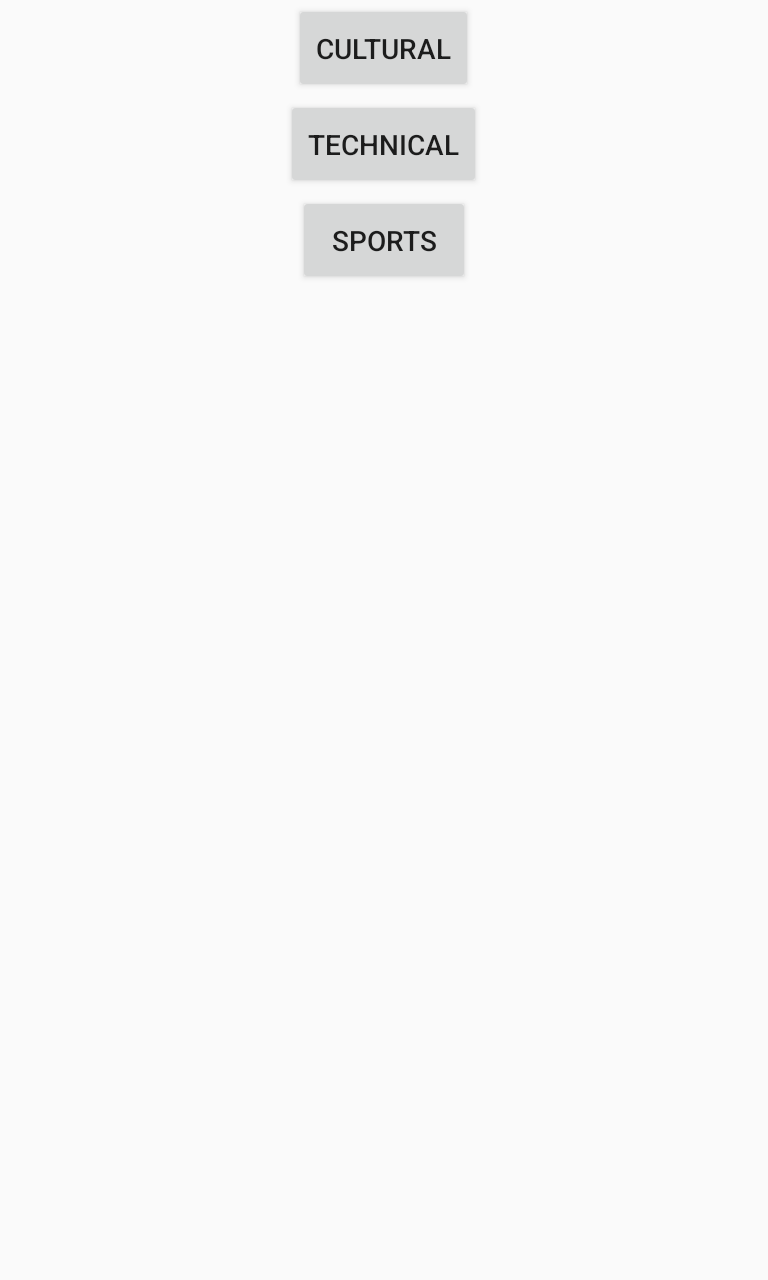
Repository: Attaphon1996/Engineering-Stuff
Layout: OSource/Android Play/Android_Projects/YASH15.0/res/layout/day2.xml
The author's editor kept a copy of each file at every save. The layout is drawn from the files as they stood at one save, then again after the next save.
It is drawn on a 768 x 1280 px phone screen (xhdpi) without system bars, with theme AppTheme; the app's code is not run.

Above is the layout before, as saved 2015-02-07 16:44:33.

After the next save:
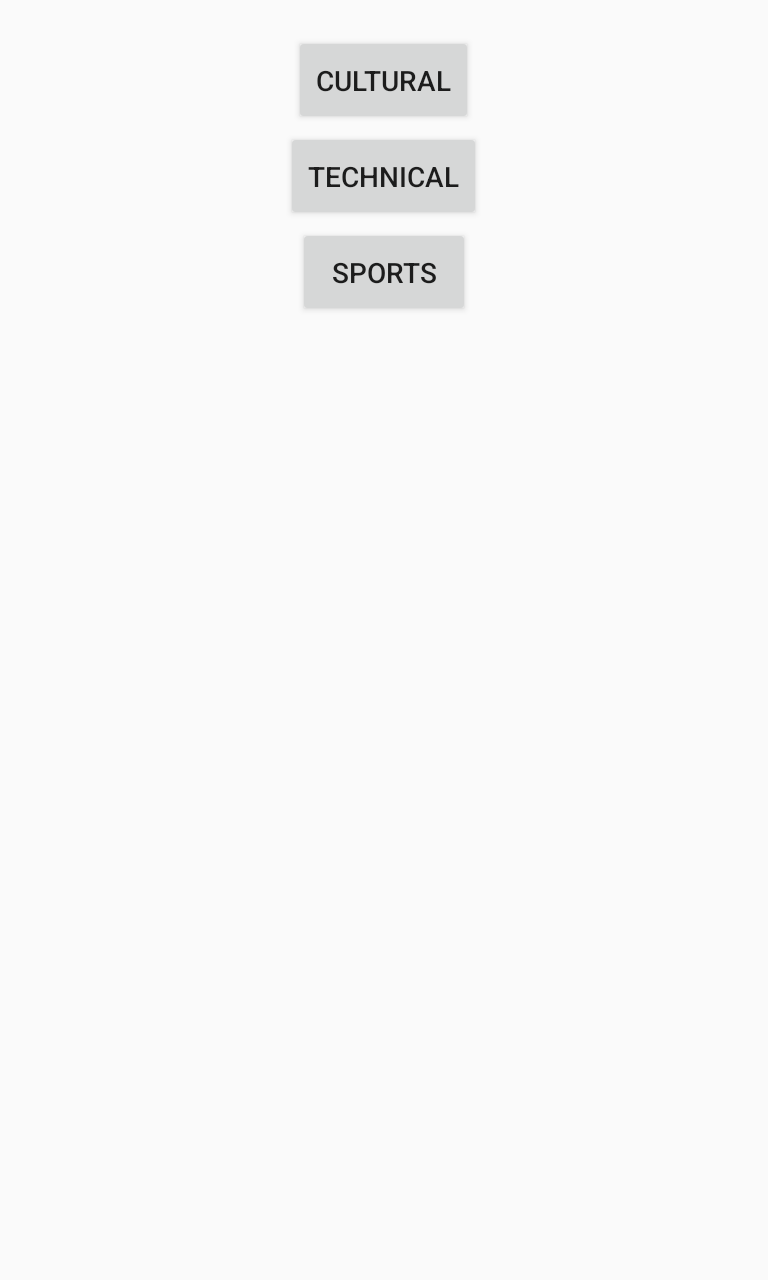
Saved 69 s later.
--- a/OSource/Android Play/Android_Projects/YASH15.0/res/layout/day2.xml
+++ b/OSource/Android Play/Android_Projects/YASH15.0/res/layout/day2.xml
@@ -2,6 +2,10 @@
 <LinearLayout xmlns:android="http://schemas.android.com/apk/res/android"
     android:layout_width="match_parent"
     android:layout_height="match_parent"
+    android:paddingBottom="@dimen/activity_vertical_margin"
+    android:paddingLeft="@dimen/activity_horizontal_margin"
+    android:paddingRight="@dimen/activity_horizontal_margin"
+    android:paddingTop="@dimen/activity_vertical_margin"
     android:orientation="vertical" >
 
     <Button
